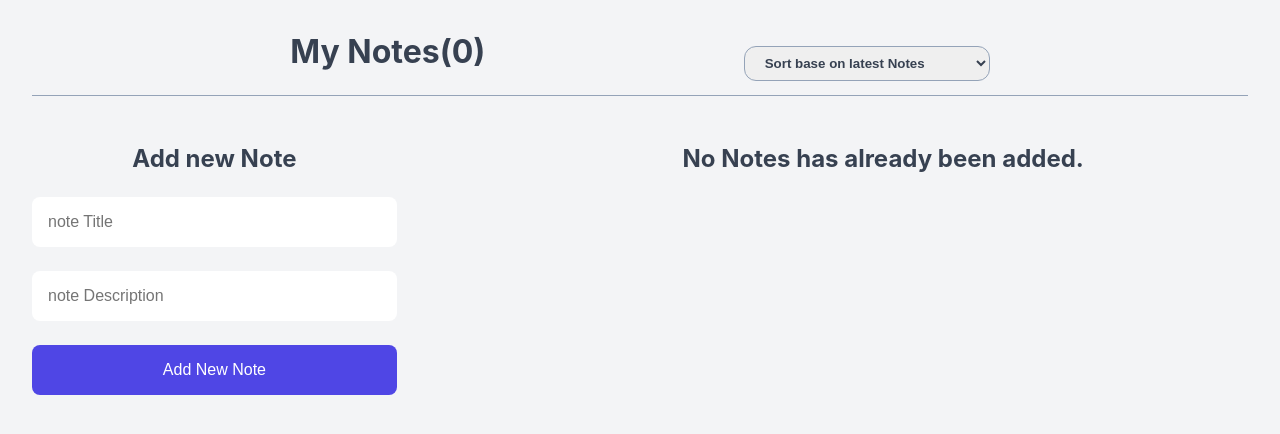
Repository: nikooshahbazi/shahbaziProjects
Page: / (app in dynamicData/)
These files come from the project's save history. The page is drawn as it stood at one moment and after the next save; the edit follows.
The browser window is 1280 px wide. The pictures show the whole page.
The project was rebuilt for these pictures with package versions that can differ from the ones it lists, and the page was loaded fresh each time. Also part of the build but not shown: dynamicData/vite.config.js.

Above is the page before, as saved 2024-04-29 11:36:52.

After the next save:
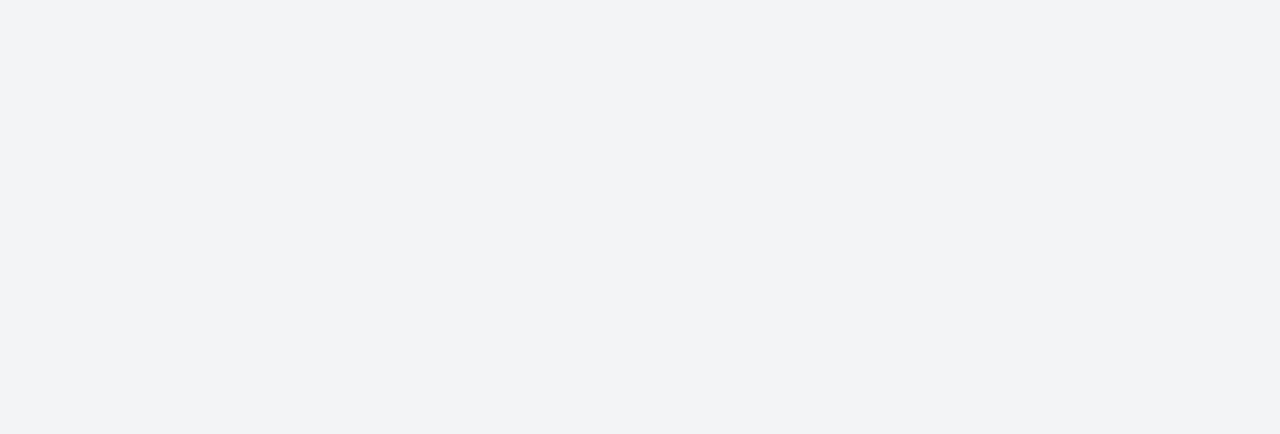
Console error: ReferenceError: notesReducer is not defined
Saved 30 s later.
--- a/dynamicData/src/App.jsx
+++ b/dynamicData/src/App.jsx
@@ -7,7 +7,7 @@
 
 function App() {
   const [notes, setNotes] = useState([]);
-  const [state, dispactch] = useReducer(() => {}, []);
+  const [state, dispactch] = useReducer(notesReducer, []);
   const [sortBy, setSortBy] = useState("latest");
   //میگن هر قسمتی که استیت بود سعی کنید همونجا استیت رو اپدیت کنید
   const handleAddNotes = (newNote) => {

After the 2 saves that followed:
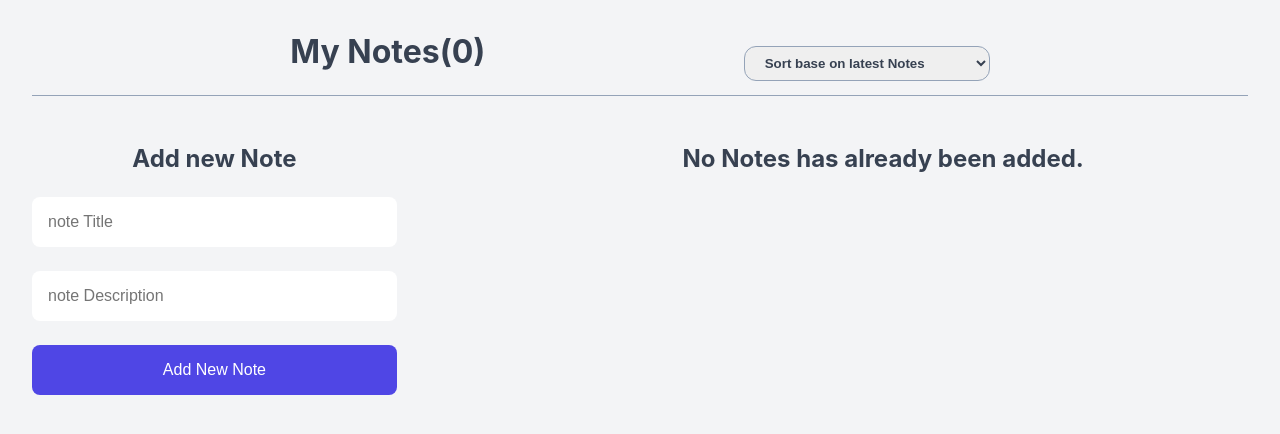
The error is gone.
The 2 saves are shown as one change because they came seconds apart.
The last was saved 9 s later.
--- a/dynamicData/src/App.jsx
+++ b/dynamicData/src/App.jsx
@@ -5,6 +5,11 @@
 import NoteStatus from "./components/NoteStatus";
 import NoteHeader from "./components/NoteHeader";
 
+
+
+function notesReducer (){
+
+}
 function App() {
   const [notes, setNotes] = useState([]);
   const [state, dispactch] = useReducer(notesReducer, []);
